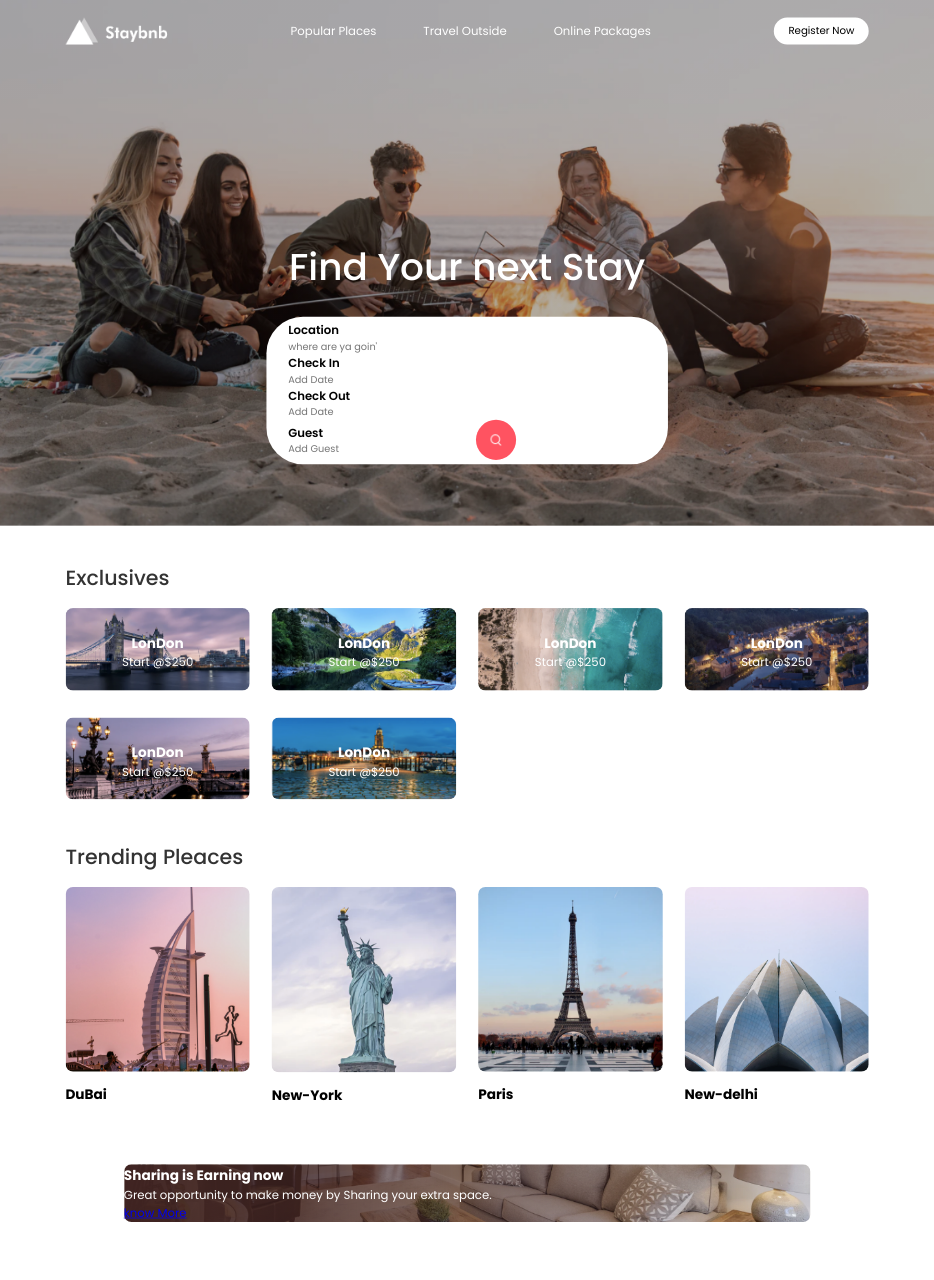
Repository: pinocoding/AirBnB
Page: house.html
These files come from the project's save history. The page is drawn as it stood at one moment and after the next save; the edit follows.
The browser window is 1280 px wide. The pictures show the whole page, at 73% of full size.

Above is the page before, as saved 2022-01-23 15:44:32.

### house.html
<!DOCTYPE html>
<html lang="en">
<head>
  <meta charset="UTF-8">
  <meta http-equiv="X-UA-Compatible" content="IE=edge">
  <meta name="viewport" content="width=device-width, initial-scale=1.0">
  <link rel="stylesheet" href="./style.css">
  <title>AirBnB</title>
</head>
<body>
  <!-- header -->
  <div class="header">
   <nav>
     <img src="/images/logo.png" class="logo" alt="blem" >
     <ul class="nav-links">
       <li><a href="#">Popular Places</a></li>
       <li><a href="#">Travel Outside</a></li>
       <li><a href="#">Online Packages</a></li>
     </ul>
     <a href="#"class="regiser-btn">Register Now</a>
   </nav>
   <div class="container">
     <h1>
       Find Your next Stay
     </h1>
     <div class="search-bar">
       <form >
         <div class="location-input">
           <label for="">Location</label>
           <input type="text" placeholder="where are ya goin'">
         </div>
         <div>
          <label for="">Check In </label>
          <input type="text" placeholder="Add Date">
        </div>
        <div>
          <label for="">Check Out</label>
          <input type="text" placeholder="Add Date">
        </div>
        <div>
          <label for="">Guest</label>
          <input type="text" placeholder="Add Guest">
        </div>
        <button type="submit">
          <img src="/images/search.png" alt="blem" >
        </button>
       </form>
     </div>


   </div>
   <!-- IMG gallary  -->


<!-- ---------Container------ -->

  </div>
  <div class="container">
    <h2 class="sub-title">Exclusives</h2>
    <div class="exclusives">
   <div>
     <img src="/images/image-1.png" alt="">
     <span>
       <h3>
         LonDon
       </h3>
       <p>
         Start @$250
       </p>
     </span>
   </div>
   <div>
    <img src="/images/image-2.png" alt="">
    <span>
      <h3>
        LonDon
      </h3>
      <p>
        Start @$250
      </p>
    </span>
  </div>
  <div>
    <img src="/images/image-3.png" alt="">
    <span>
      <h3>
        LonDon
      </h3>
      <p>
        Start @$250
      </p>
    </span>
  </div>
  <div>
    <img src="/images/image-4.png" alt="">
    <span>
      <h3>
        LonDon
      </h3>
      <p>
        Start @$250
      </p>
    </span>
  </div>
  <div>
    <img src="/images/image-5.png" alt="">
    <span>
      <h3>
        LonDon
      </h3>
      <p>
        Start @$250
      </p>
    </span>
  </div>
  <div>
    <img src="/images/image-6.png" alt="">
    <span>
      <h3>
        LonDon
      </h3>
      <p>
        Start @$250
      </p>
    </span>
  </div>
    </div>
    <h2 class="sub-title">
      Trending Pleaces
    </h2>
    <div class="trending">
      <div>
        <img src="/images/dubai.png" alt="blem" >
        <h3>DuBai</h3>
      </div>
      <div>
        <img src="/images/new-york.png" alt="blem" >
        <h3>New-York</h3>
      </div>
      <div>
        <img src="/images/paris.png" alt="blem" >
        <h3>Paris</h3>
      </div>
      <div>
        <img src="/images/new-delhi.png" alt="blem" >
        <h3>New-delhi</h3>
      </div>
    </div>
    <div class="cta">
      <h3>Sharing is Earning now</h3>
<p>Great opportunity to make money by Sharing your extra space.</p>
<a href="#" class='cta-btn'>know More </a>
    </div>

<!--  -->

</div>
</body>
<script src="./function.js"></script>
</html>

### style.css
@import url('https://fonts.googleapis.com/css2?family=Poppins:wght@300;400;500;600;700&display=swap');
:root {
  --text-colorWhite : #fff;
  --text-colorBlack : #000;
  --background  : #fff;
}
* {
  margin: 0;
  padding: 0;
  box-sizing: border-box;
  font-family: 'Poppins', sans-serif;
}
.header {
  min-height: 100vh;
  width: 100%;
  background-image:linear-gradient(rgba(0,0,0,0.3),rgba(0,0,0,0.3)),url(/images/banner.png);
  background-size: cover;
  background-position: center;
}
nav {
  display: flex;
  align-items: center;
  justify-content: space-between;
  padding: 20px  7%;
}
.logo {
  width: 140px;
  cursor: pointer;
}
.nav-links li {
  list-style: none;
  display: inline-block;
  margin : 10px 30px
}
.nav-links li a {
  text-decoration: none;
  color: var(--text-colorWhite);
}
 .regiser-btn {
   background:var(--background) ;
   color: #000;
   padding:8px 20px;
   border-radius: 20px;
   font-size: 14px;
   text-decoration: none;
  outline: none;

}
.container {
  padding :0 7%;
}
.container h1  {
font-size: 4vw;
font-weight: 500;
color: var(--text-colorWhite);
text-align: center;
padding-top: 22%

}
.search-bar {
  background: var(--background);
  width: 50%;
  margin: 30px auto;
  padding: 6px 10px 6px 30px;
  border-radius: 50px;

}
.search-bar form {
  display:  flex;
  align-items: center;
  flex-wrap: wrap;
}
.search-bar form input {
  display: block;
  border: 0;
  outline: none;
  background: transparent;
}
.search-bar form button {
  background: #ff5361;
  width: 55px;
  height: 55px;
  border-radius: 50%;
  outline: none;
  border: 0;
  cursor: pointer;
}
.search-bar form button img {
  width: 15px;
  margin-top: 7px;
}
.location-input {
  flex: 1;
}
.search-bar form label {
  font-weight: 600;
}
/* ---------Exclusives--------- */
.sub-title {
  margin:  50px 0 20px;
  font-size: 2.2vw;
  font-weight: 500;
  color: #333;
}
.exclusives {

  display: grid ;
  grid-template-columns: repeat(auto-fit,minmax(200px,1fr));
  grid-gap: 30px


}
.exclusives div img {
  width:100% ;
  border-radius: 10px;
}
.exclusives div {
  position: relative;
}
.exclusives div span {
  position:absolute;
  top : 50%;
  left: 50%;
  transform: translate(-50%,-50%);
  color: var(--text-colorWhite);
  text-align: center;
  cursor: pointer;
}
/* ------------Trending Please---------------------- */
.trending {

  display: grid ;
  grid-template-columns: repeat(auto-fit,minmax(200px,1fr));
  grid-gap: 30px;
  margin-bottom :30px;


}
.trending div img {
  width:100% ;
  border-radius: 10px;
}
.trending h3 {
  font-size: 600;
  margin-top :10px
}
/* -----Call to action --- */
.cta {
  margin : 80px ;
  background-image: linear-gradient(to right, #3f2321,transparent),url(/images/banner-2.png);
  background-size: cover ;
  background-position: center;
  border-radius: 10px;
  padding: 10 px;
  color: var(--text-colorWhite);


}

Loaded but not shown: function.js (no copy from this time; the picture is the same without it)

After the next save:
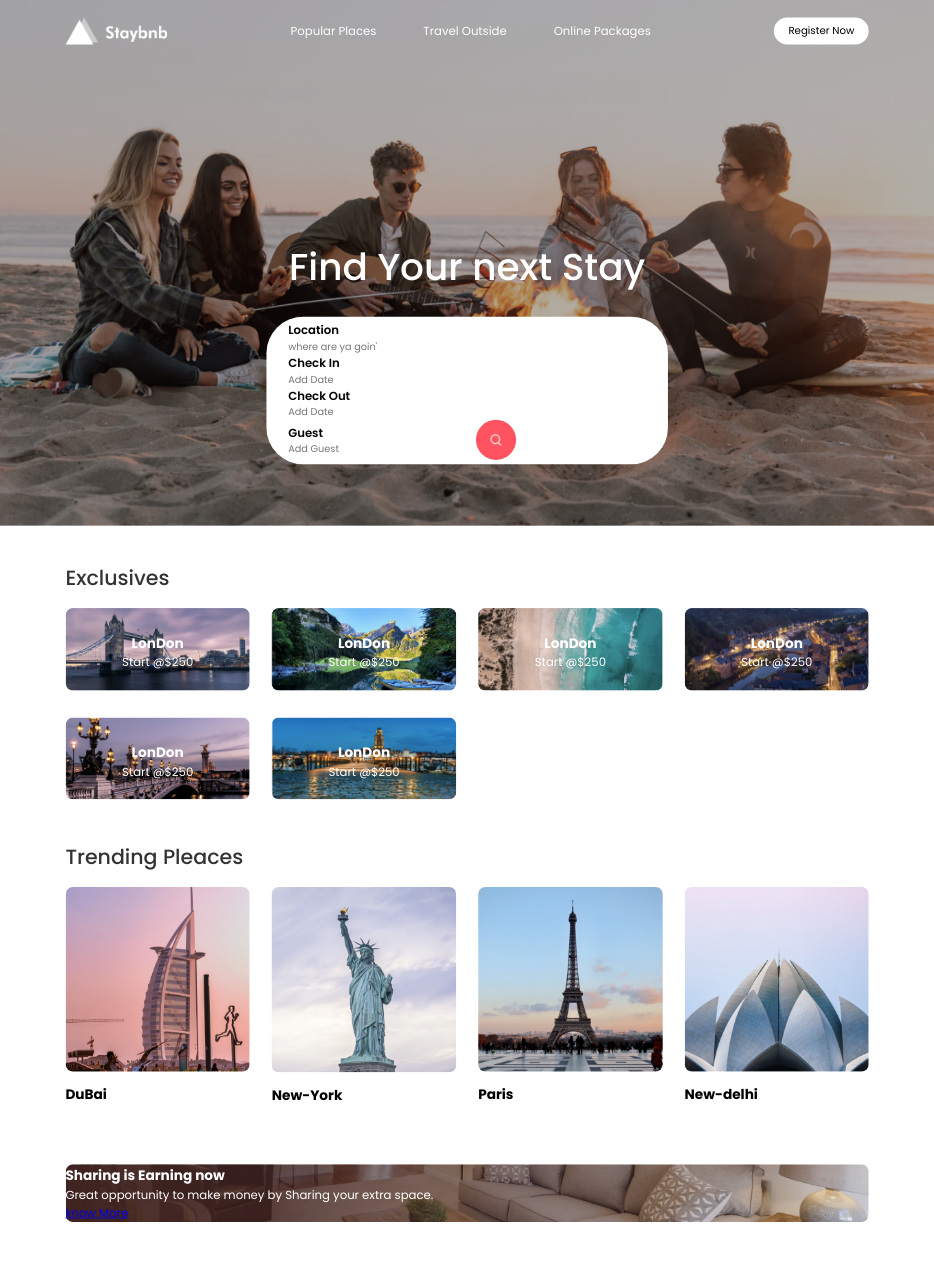
Saved 2 min 8 s later.
--- a/style.css
+++ b/style.css
@@ -146,7 +146,7 @@ padding-top: 22%
 }
 /* -----Call to action --- */
 .cta {
-  margin : 80px ;
+  margin : 80px 0  ;
   background-image: linear-gradient(to right, #3f2321,transparent),url(/images/banner-2.png);
   background-size: cover ;
   background-position: center;
